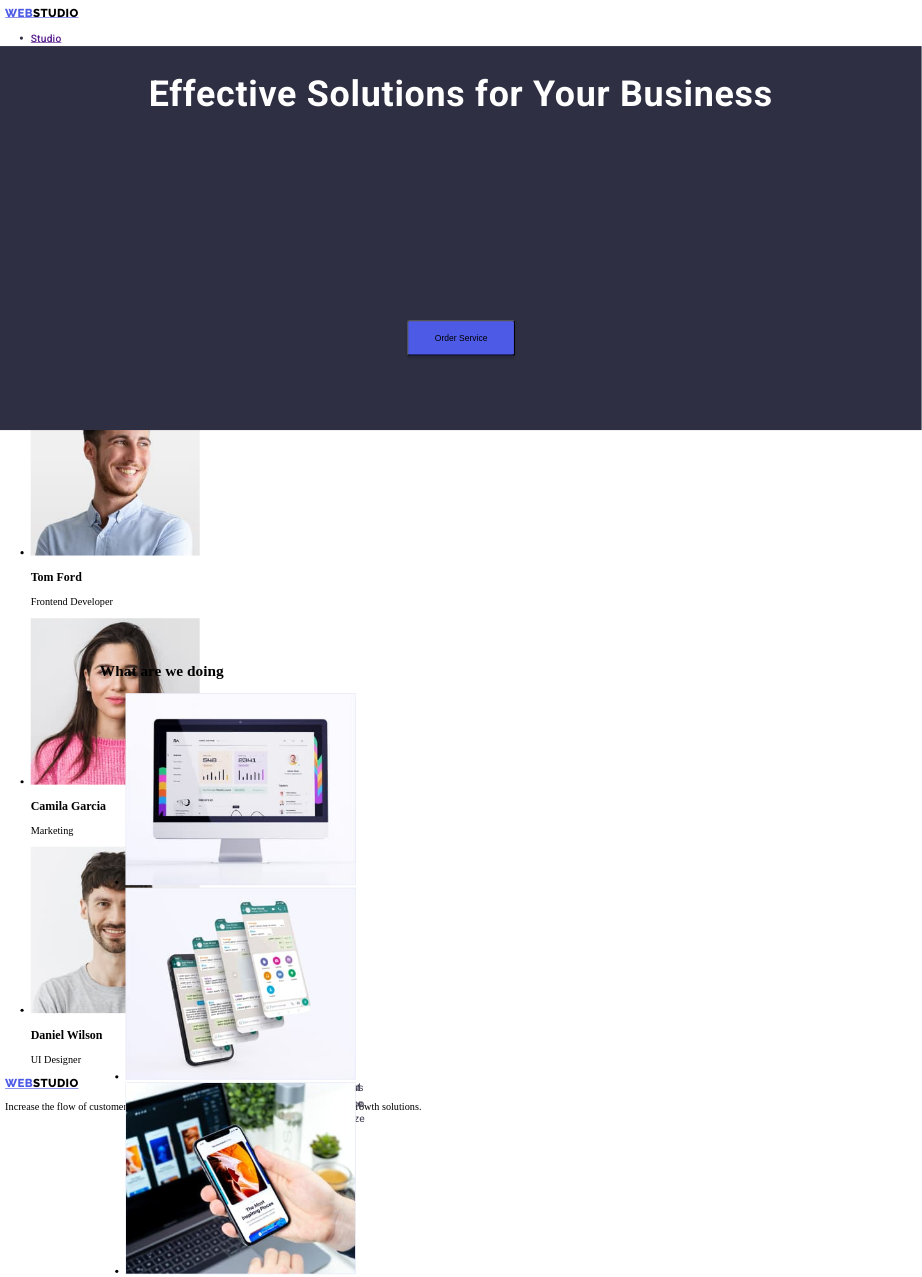
Repository: GrishchenkoNataliya/goit-markup-hw-02
Page: index.html
The author's editor kept a copy of each file at every save. The page is drawn from the files as they stood at one save, then again after the next save.
The browser window is 1280 px wide. The page is 1440 px wide, so the pictures cover 1440 px, including what lies to the right of the window. The pictures show the whole page, at 64% of full size.

Above is the page before, as saved 2023-03-06 19:38:15.

After the next save:
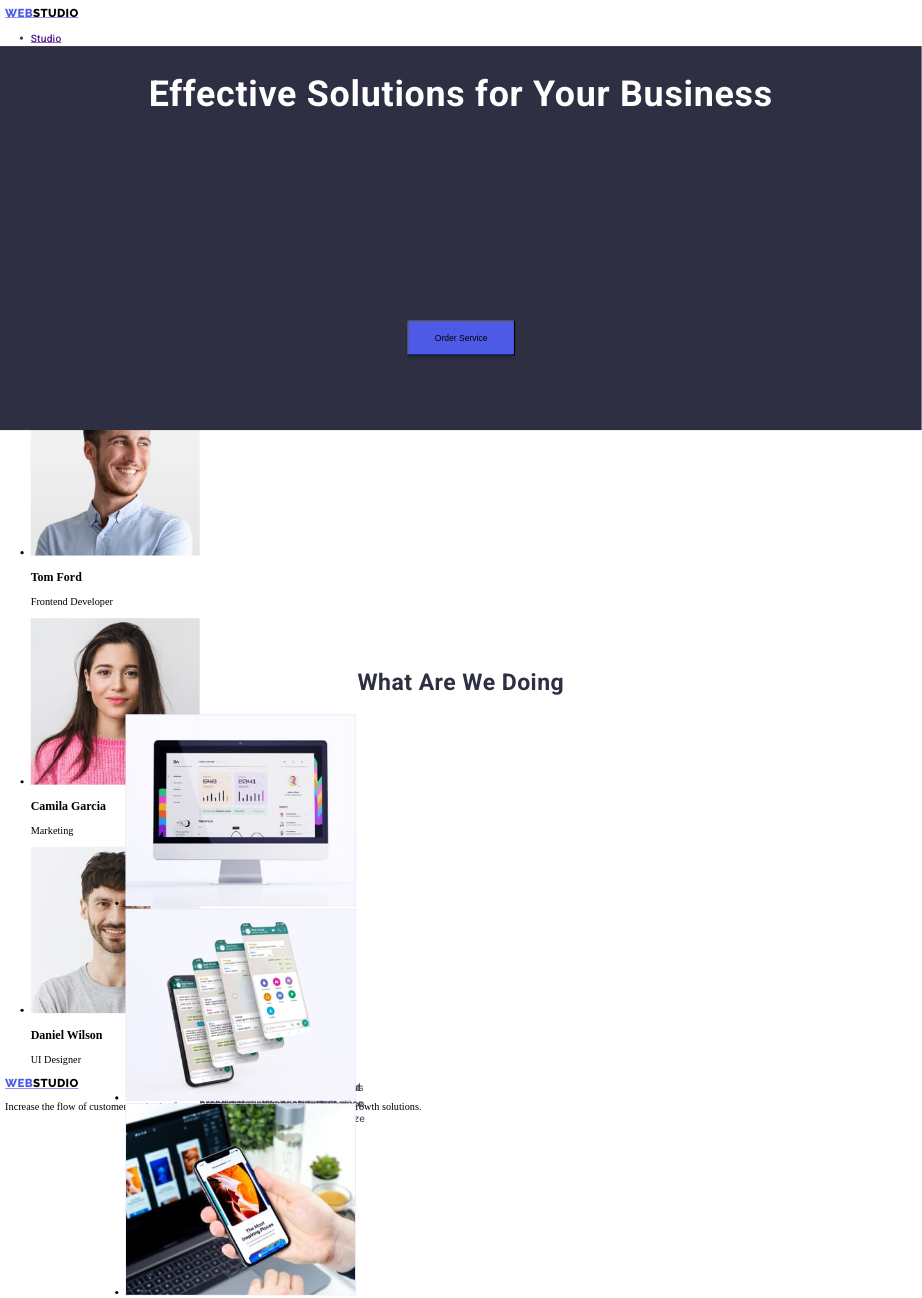
Saved 41 s later.
--- a/css/styles.css
+++ b/css/styles.css
@@ -137,6 +137,15 @@ body {
   top: 1016px;
 }
 .feature2-title {
+  font-family: "Roboto";
+  font-style: normal;
+  font-weight: 700;
+  font-size: 36px;
+  line-height: 40px;
+  text-align: center;
+  letter-spacing: 0.02em;
+  text-transform: capitalize;
+  color: #2e2f42;
 }
 .feature2-list {
 }
